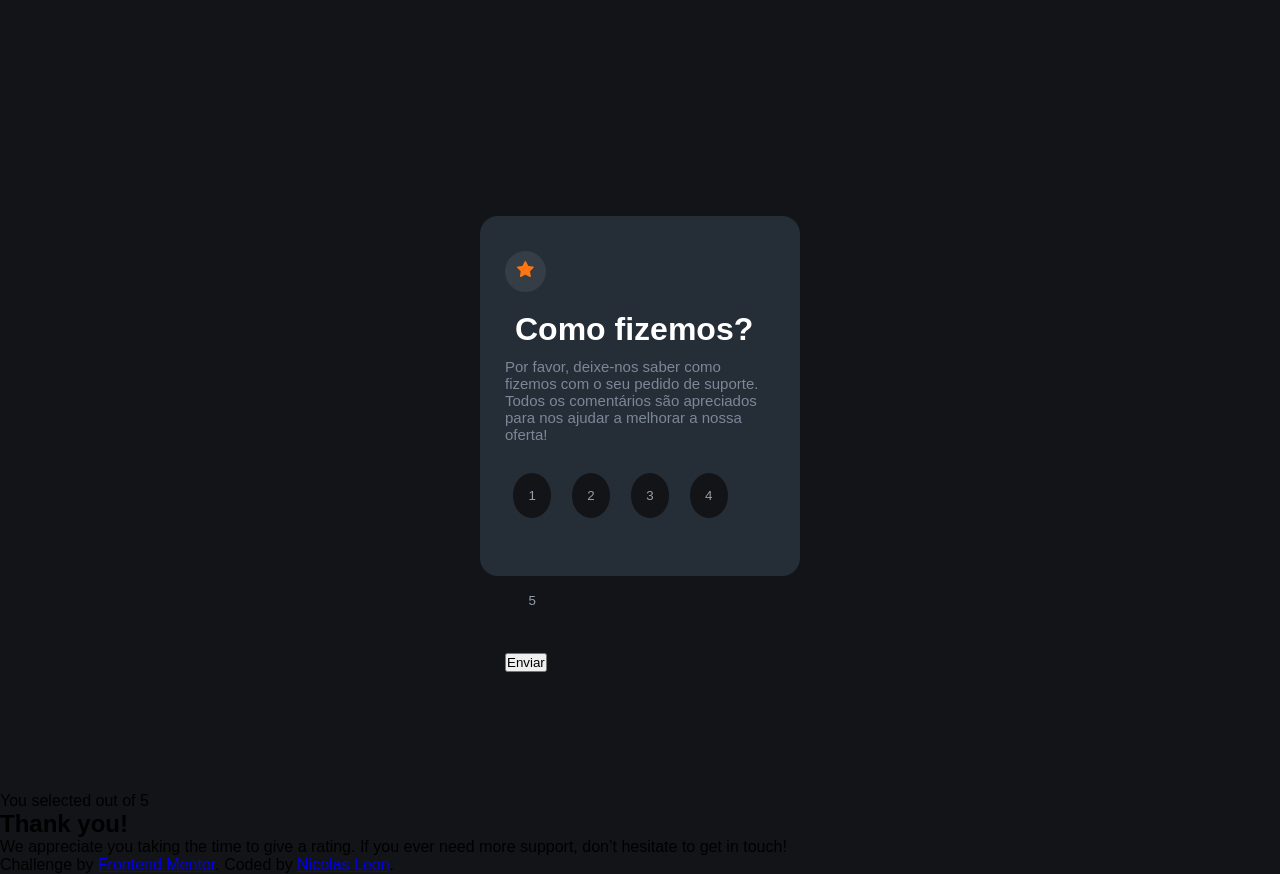
Repository: Leonngc/projeto-avaliacao
Page: index.html
An editor plug-in stored every save of this project. The page is shown before and after the next save, followed by the edit.
The browser window is 1280 px wide. The pictures show the whole page.

Above is the page before, as saved 2023-01-26 11:48:39.

### index.html
<!DOCTYPE html>
<html lang="en">
<head>
  <meta charset="UTF-8">
  <meta name="viewport" content="width=device-width, initial-scale=1.0"> <!-- displays site properly based on user's device -->

  <link rel="icon" type="image/png" sizes="32x32" href="./images/favicon-32x32.png">

  <title>Frontend Mentor | Interactive rating component</title>

  <link rel="stylesheet" href="styles/style.css">
</head>
<body>

  <!-- Rating state start -->
<form id="avaliation-form">

  <span id="icon-star">
    <img src="images/icon-star.svg" alt="">
  </span>

    <h1>Como fizemos?</h1>

    <p>
      Por favor, deixe-nos saber como fizemos com o seu pedido de suporte. Todos os comentários são apreciados
      para nos ajudar a melhorar a nossa oferta!
    </p>

    <div id="avaliation-btns">
      <input type="button" value="1" class="avaliation">
      <input type="button" value="2" class="avaliation">
      <input type="button" value="3"  class="avaliation">
      <input type="button" value="4"  class="avaliation">
      <input type="button" value="5"  class="avaliation">
    </div>

    <input type="submit" onclick="sent()" value="Enviar" id="submit"></input>
</form>

  <!-- Rating state end -->

  <!-- Thank you state start -->

  <section id="result-avaliation">
    <p id="avaliacao-user">You selected <!-- Add rating here --> out of 5</p>
    <h1>Thank you!</h1>
    <p>
      We appreciate you taking the time to give a rating. If you ever need more support,
      don’t hesitate to get in touch!
    </p>
  </section>

  <!-- Thank you state end -->


  <div class="attribution">
    Challenge by <a href="https://www.frontendmentor.io?ref=challenge" target="_blank">Frontend Mentor</a>.
    Coded by <a href="#">Nicolas Leon</a>.
  </div>
</body>
</html>

### styles/style.css

:root{
    --very-dark-blue:hsl(216, 12%, 8%);
    --dark-blue:hsl(213, 19%, 18%);
    --medium-grey: hsl(216, 12%, 54%);
    --light-grey:hsl(217, 12%, 63%);
}

*{
    margin: 0;
    padding: 0;
    box-sizing: border-box;
}

body{
    background-color:var(--very-dark-blue);
    font-family: Arial, Helvetica, sans-serif
}
span{
    background-color: rgba(255, 255, 255, 0.074);
    padding: 12px;
    border-radius: 50%;
    text-align: center;
}

span > img{
    margin-top: 20px;
}

#avaliation-form{
    background-color:var(--dark-blue);
    width: 25vw;
    height: 50vh;
    padding: 25px;
    margin: 30vh auto;
    color: white;
    border-radius: 18px;
}

#avaliation-form > h1{
    padding: 10px;
    margin-top: 20px;
}

#avaliation-form > p{
    color:var(--medium-grey);
    font-size: 15px;
}

.avaliation{
    margin: 30px 8px;
    border-radius: 66%;
    padding: 15px;
    border: none;
    background-color: var(--very-dark-blue);
    color: var(--light-grey);
    width: 3vw;
    cursor: pointer;
}

#avaliation-btns input:hover{
    background-color: hsl(25, 97%, 53%);
    color:white;
}
#avaliation-btns input:active{
    background-color: var(--light-grey);
}

#submit{
    width: ;
}

After the next save:
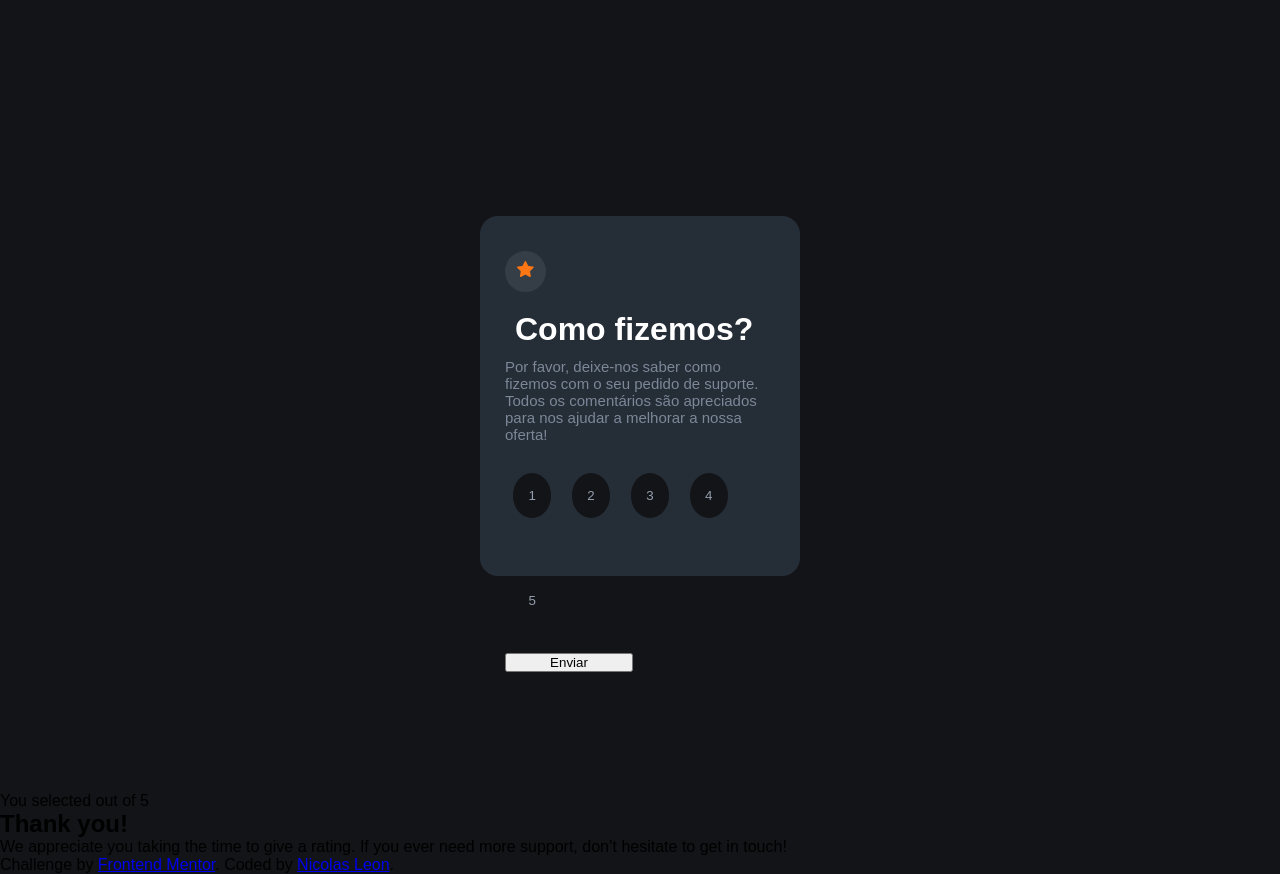
Saved 5 s later.
--- a/styles/style.css
+++ b/styles/style.css
@@ -67,5 +67,5 @@ span > img{
 }
 
 #submit{
-    width: ;
+    width: 10vw;
 }
